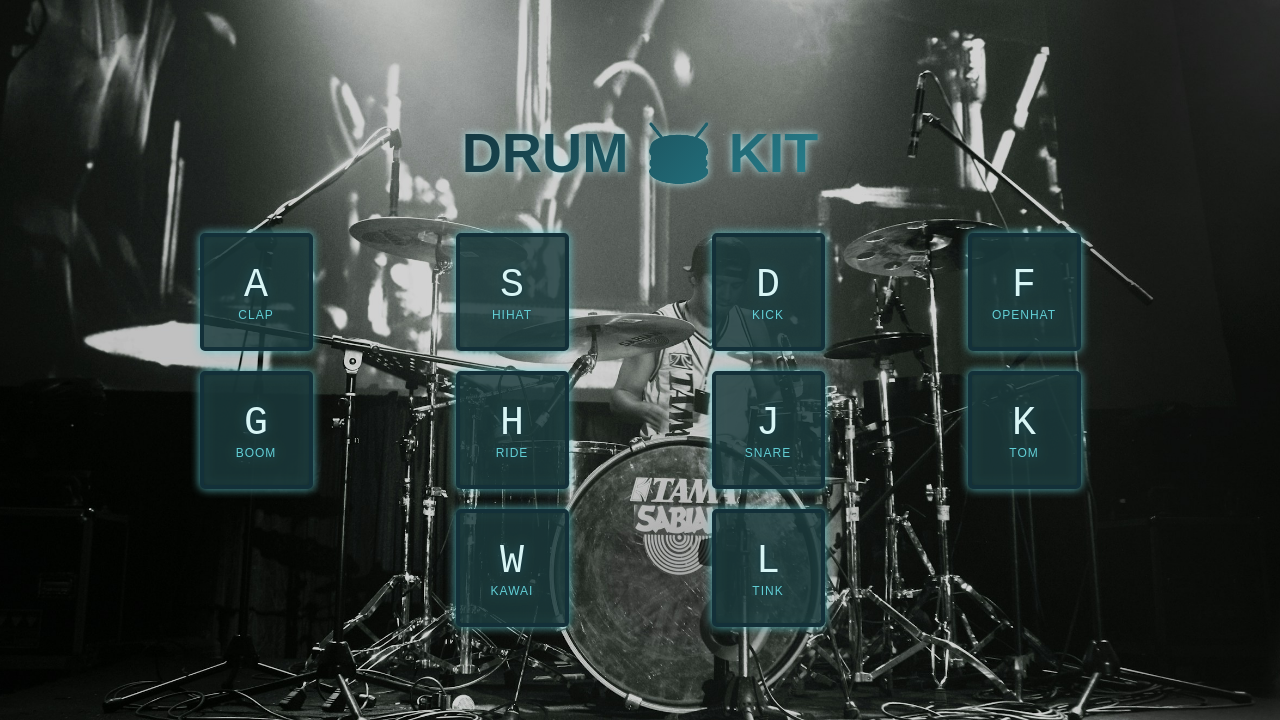
Repository: Freezler/drumkitJS
Page: index.html
An editor plug-in stored every save of this project. The page is shown before and after the next save, followed by the edit.
The browser window is 1280 px wide. The pictures show the whole page.

Above is the page before, as saved 2024-08-24 10:22:06.
Console error: ReferenceError: key is not defined

After the next save:
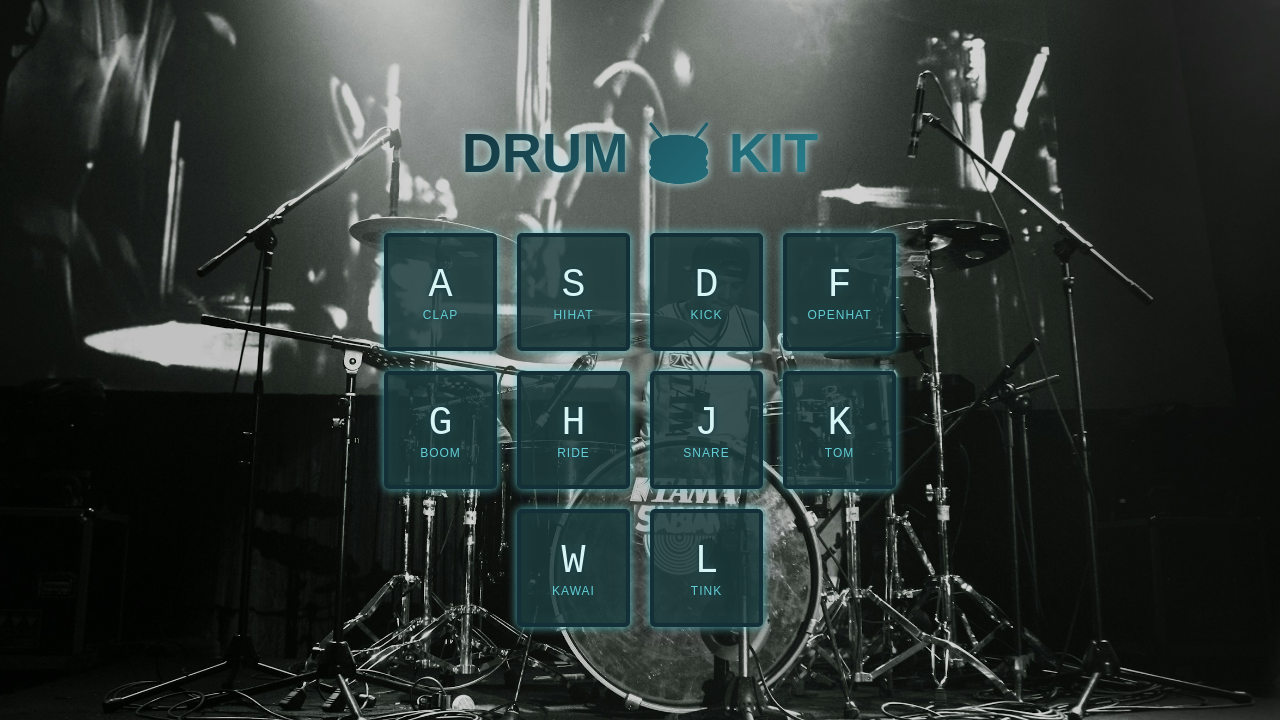
Saved 29 s later.
--- a/style.css
+++ b/style.css
@@ -62,7 +62,7 @@
   grid-row: auto;
   grid-template-columns: repeat(3, 1fr);
   width: fit-content;
-  min-width: 80vw;
+
   width: fit-content;
   text-align: center;
   transition: all 0.03s;

After the save that followed:
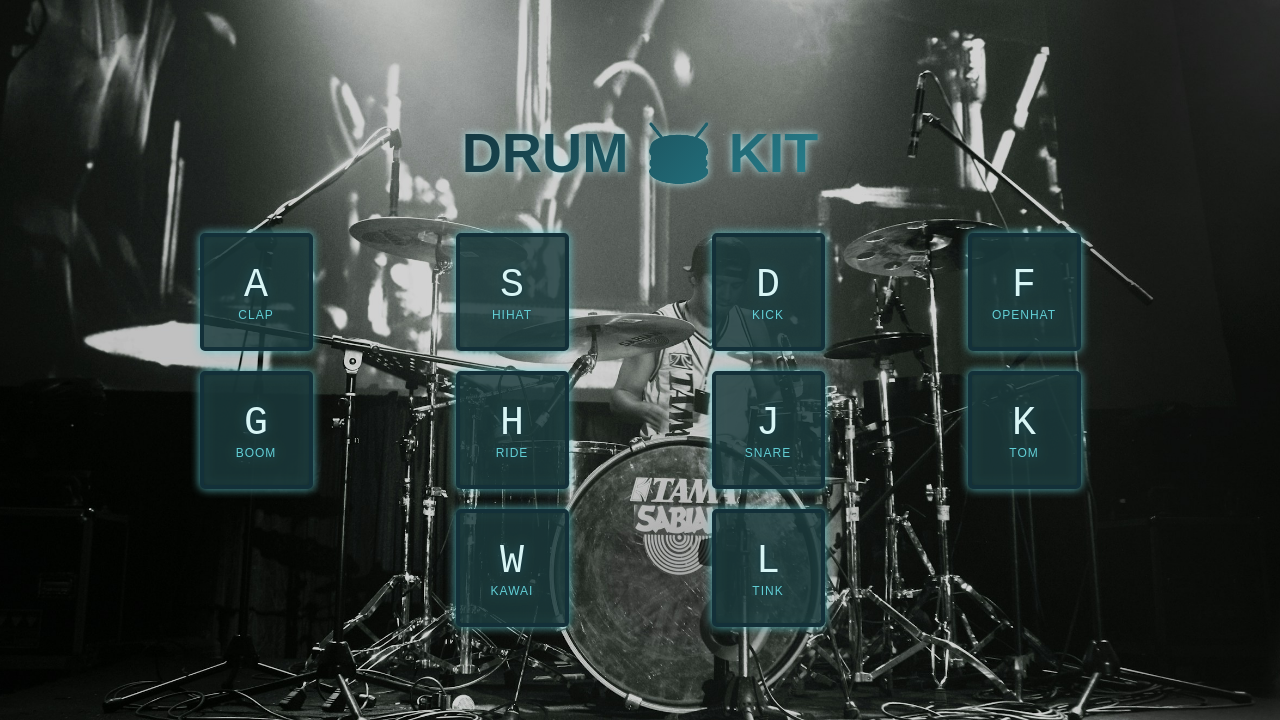
Saved 2 min 12 s later.
--- a/style.css
+++ b/style.css
@@ -62,8 +62,8 @@
   grid-row: auto;
   grid-template-columns: repeat(3, 1fr);
   width: fit-content;
-
-  width: fit-content;
+  min-width: 40vw;
+  width: 80vw;
   text-align: center;
   transition: all 0.03s;
   place-items: center;
